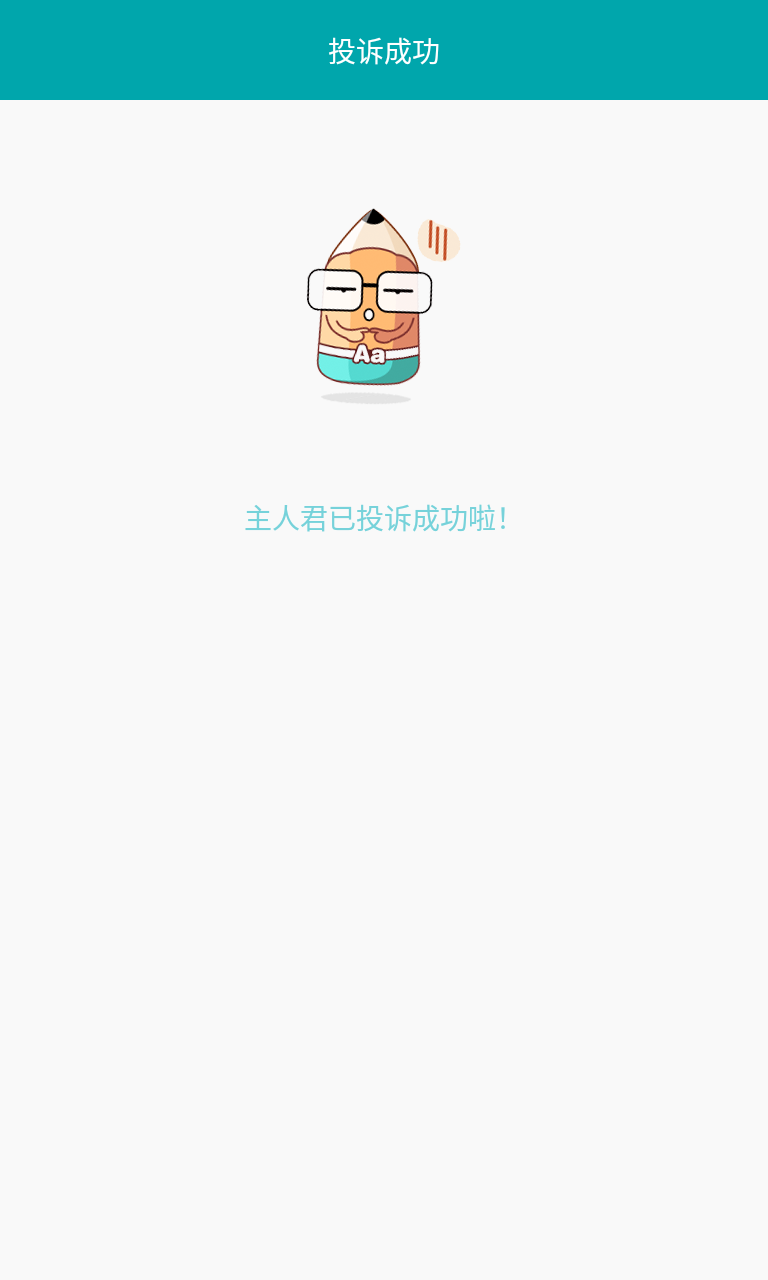
Repository: 2015-Forever/JWD
Layout: Jwd/res/layout/activity_complaint_success.xml
An editor plug-in stored every save of this project. The layout is shown before and after the next save, followed by the edit.
It is drawn on a 768 x 1280 px phone screen (xhdpi) without system bars, with theme AppTheme; the app's code is not run.

Above is the layout before, as saved 2015-07-16 08:16:40.

After the next save:
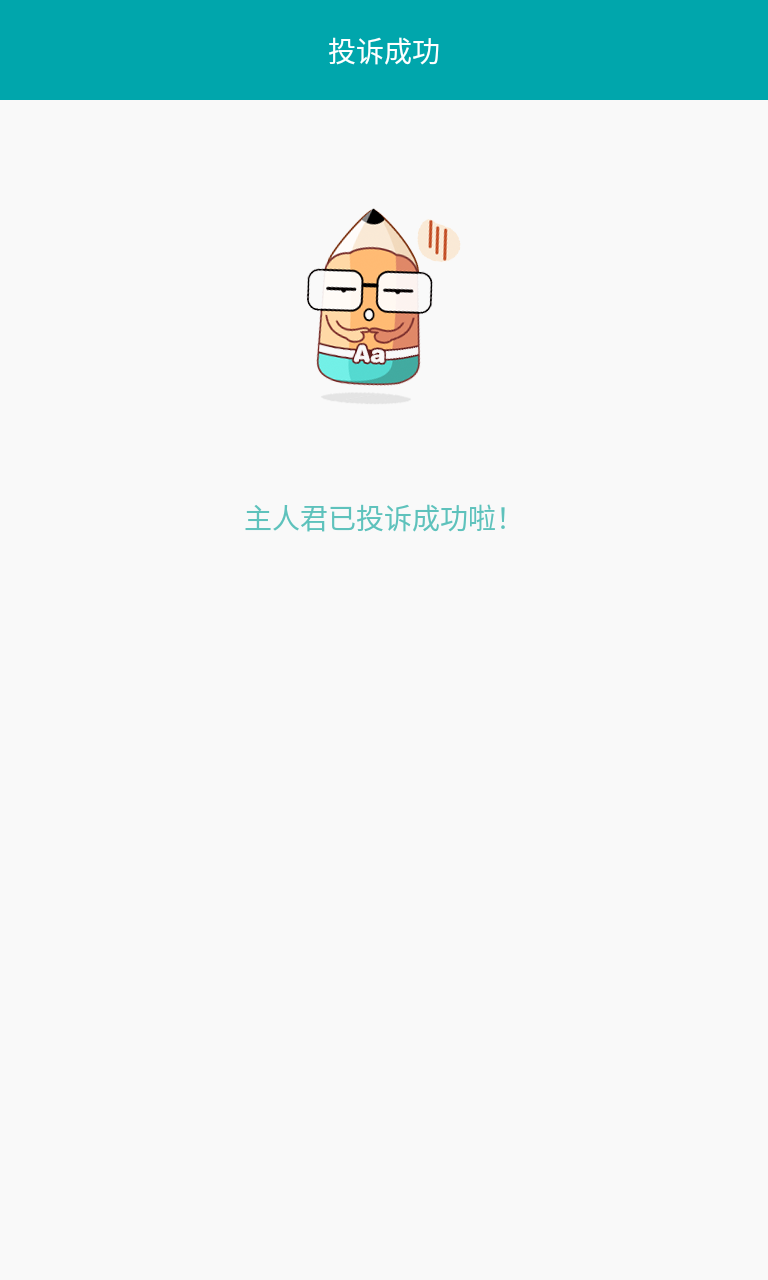
Saved 29 s later.
--- a/Jwd/res/layout/activity_complaint_success.xml
+++ b/Jwd/res/layout/activity_complaint_success.xml
@@ -31,6 +31,6 @@
         android:text="主人君已投诉成功啦！"
         android:layout_gravity="center_horizontal"
         android:layout_marginTop="45dp"
-        android:textColor="#76D2DA"/>
+        android:textColor="#5EC2BC"/>
 
 </LinearLayout>
